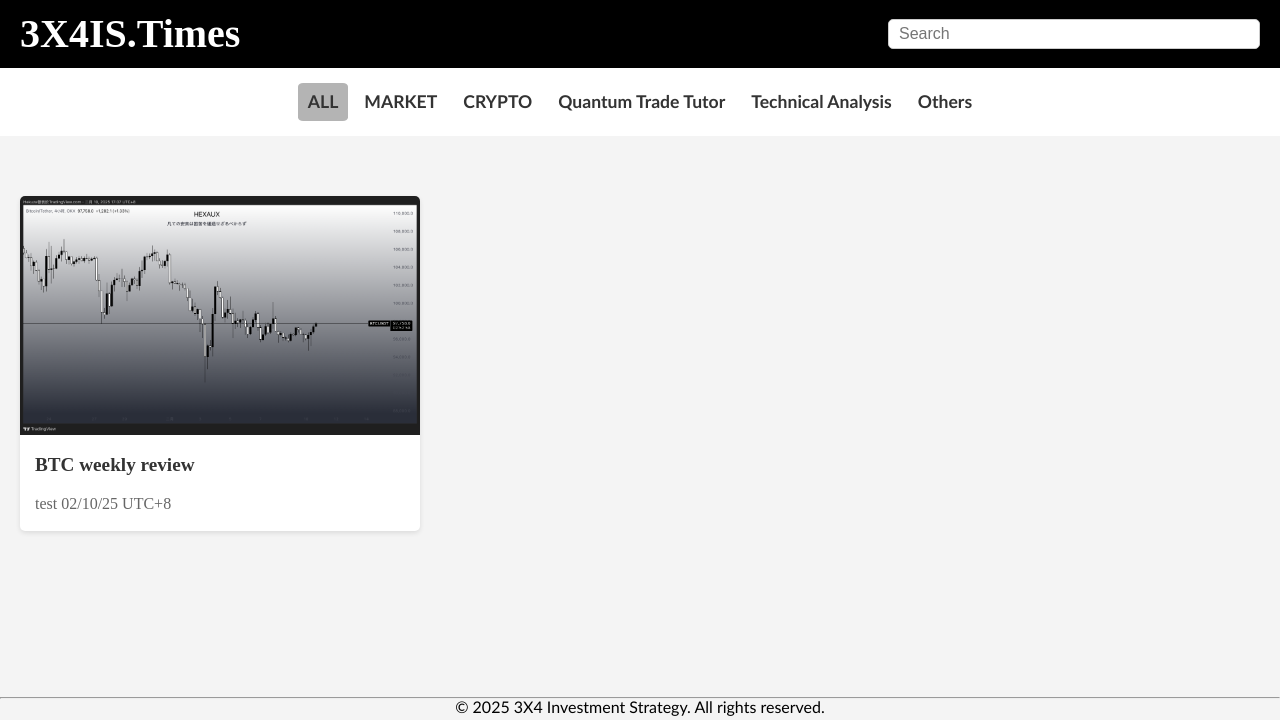
Repository: SongSongLook/songsonglook.github.io
Page: index.html
These files come from the project's save history. The page is drawn as it stood at one moment and after the next save; the edit follows.
The browser window is 1280 px wide. The pictures show the whole page.

Above is the page before, as saved 2025-02-12 23:07:34.

### index.html
<!DOCTYPE html>
<html lang="zh">
<head>
  <meta charset="UTF-8">
  <meta name="viewport" content="width=device-width, initial-scale=1.0">
  <title>Homepage</title>
  <link rel="stylesheet" href="css/style.css">
  <link rel="stylesheet" href="css/news.css">
</head>
<body>
  <header>
    <!-- First column：logo and search container -->
    <div class="header-top">
      <a href="index.html" class="logo">3X4IS.Times</a>
      <div class="search-container">
        <input type="text" id="search-input" placeholder="Search">
      </div>
      <div class="mobile-menu" id="mobile-menu">
        <span></span>
        <span></span>
        <span></span>
      </div>
    </div>

    <!-- Second column: nav list -->
    <nav>
      <ul class="nav-list">
        <li data-category="all" class="active">ALL</li>
        <li data-category="market">MARKET</li>
        <li data-category="crypto">CRYPTO</li>
        <li data-category="QTT">Quantum Trade Tutor</li>
        <li data-category="TA">Technical Analysis</li>
        <li data-category="etc">Others</li>
      </ul>
    </nav>
  </header>

  <div class="carousel-container">
    <div class="carousel">
      <!-- 輪播項目將由 script.js 動態生成 -->
    </div>
    <button class="carousel-prev">&lt;</button>
    <button class="carousel-next">&gt;</button>
  </div>


  <main>
    <section class="news-container" id="news-container">
      <!-- news card dynamically filled by script.js -->
    </section>
  </main>

  <hr class="custom-divider">
  <footer>
    <p>&copy; 2025 3X4 Investment Strategy. All rights reserved.</p>
  </footer>

  <script src="js/newsData.js"></script>
  <script src="js/script.js"></script>
</body>
</html>

### css/style.css
/* Reset 與基本設定 */
* {
    box-sizing: border-box;
    margin: 0;
    padding: 0;
  }

  html, body {
    height: 100%;
    margin: 0;
  }

  main {
    flex: 1;
  }

  body {
    display: flex;
    flex-direction: column;
    font-family: serif, sans-serif;
    line-height: 1.6;
    background-color: #f4f4f4;
    color: #333;
  }

  footer {
    font-family:'Gill Sans', 'Gill Sans MT', Calibri, 'Trebuchet MS', sans-serif;
    color: #000000;
    padding: 0px 0px 5px;
    font-size: 1.0rem;
    text-align: center;
    line-height: 1.0rem;
  }
/*---------------------------------------------------*/
/* header-top */
.header-top {
  display: flex;
  justify-content: space-between;
  align-items: center;
  padding: 10px 20px;  /* 根據需求調整內邊距 */
  background-color: #000000; /* 若希望背景一致，可設定相同背景色 */
  line-height: 300%;
}

a.logo {
  text-decoration: none;
  font-family: 'Times New Roman', Times, serif;
  color: #ffffff;  /* 根據需求調整顏色 */
  font-size: 2.5rem;
  font-weight: bold;
}

.search-container {
  width: 30%;
  margin: 0;
}

#search-input {
  width: 100%;
  padding: 5px 10px;
  font-size: 1rem;
  border: 1px solid #ccc;
  border-radius: 5px;
}
/*---------------------------------------------------*/

/* nav  */
nav {
  background-color: #ffffff; /* 可根據設計調整 */
  padding: 5px 20px;
  font-family:'Gill Sans', 'Gill Sans MT', Calibri, 'Trebuchet MS', sans-serif
}

/* 導覽列樣式 */
.nav-list {
  list-style: none;
  display: flex;
  justify-content: center; /* 或依需求對齊 */
  margin: 0;
  padding: 0;
  font-weight: bold;
  font-size: 1.1rem;
}

.nav-list li {
  margin: 10px 3px;
  padding: 5px 10px;
  cursor: pointer;
  transition: background 0.2s;
}

.nav-list li:hover,
.nav-list li.active {
  background: #b4b4b4;
  border-radius: 10%;
}

/* 手機選單樣式 */
.mobile-menu {
  display: none; /* 根據響應式設計調整 */
  flex-direction: column;
  cursor: pointer;
}

.mobile-menu span {
  height: 3px;
  width: 25px;
  background: #ffffff;
  margin: 5px 0;
  transition: 0.3s;
}
/*---------------------------------------------------*/

/* 響應式調整：如在較窄視窗中，調整 header-top 與 nav-list 的顯示 */
@media (max-width: 668px) {
  .header-top {
    flex-direction: column;
    align-items: center;
  }
  .search-container {
    width: 80%;
    margin-top: 10px; /* 與 logo 分隔一點 */
  }
  #search-input {
    font-size: 0.9rem;  /* 可根據需求調整 */
  }
  .nav-list {
    display: none;
    flex-direction: column;
    background: #acacac;
    font-weight: bold;
    position: absolute;
    top: 120px;
    right: 20px;
    width: 150px;
    border-radius: 5px;
  }
  .nav-list.active {
    display: flex;
  }
  .mobile-menu {
    display: flex;
  }
}

### css/news.css
/* 新聞卡片區：3 欄排列 */
.news-container {
  display: grid;
  grid-template-columns: repeat(3, 1fr);
  gap: 20px;
  padding: 20px;
}

/* News Card 樣式 */
.news-card {
  background: #fff;
  border-radius: 5px;
  overflow: hidden;
  box-shadow: 0 2px 5px rgba(0,0,0,0.1);
  transition: transform 0.3s;
  cursor: pointer;
}

.news-card:hover {
  transform: translateY(-5px);
}

.news-card img {
  width: 100%;
  display: block;
}

.news-content {
  padding: 15px;
}

.news-content h3 {
  margin-bottom: 10px;
  font-size: 1.2rem;
}

.news-content p {
  color: #666;
}

/* Carousel 輪播區 */
.carousel-container {
  position: relative;
  overflow: hidden;
  margin: 20px auto;
  max-width: 1200px;
}

.carousel {
  display: flex;
  transition: transform 0.5s ease;
}

.carousel-item {
  min-width: 100%;
  box-sizing: border-box;
  padding: 10px;
}

.carousel-item img {
  width: 100%;
  border-radius: 5px;
}

/* 輪播箭頭 */
.carousel-prev, .carousel-next {
  position: absolute;
  top: 50%;
  transform: translateY(-50%);
  background: rgba(0,0,0,0.5);
  color: #fff;
  border: none;
  padding: 10px;
  cursor: pointer;
  z-index: 10;
}

.carousel-prev {
  left: 10px;
}

.carousel-next {
  right: 10px;
}

### js/newsData.js
//data-category:
//--market
//--crypto
//--forex
//--TA
//--etc
const newsData = [
    {
      id: 1,
      title: "BTC weekly review",
      category: "crypto",
      description: "test 02/10/25 UTC+8",
      image: "images/IMG_2458.PNG",
      fullContent: ""
    },
  ];

### js/script.js
// script.js

// 全域變數：目前分類、搜尋關鍵字及標籤過濾
let currentCategory = "all";
let searchQuery = "";
let currentTag = ""; // 當首頁以 ?tag=... 過濾文章時使用

// 取得 URL 參數的函式
function getQueryParameter(name) {
  const urlParams = new URLSearchParams(window.location.search);
  return urlParams.get(name);
}

// 根據分類、搜尋與標籤過濾並渲染新聞卡片
function renderNews(category = "all", search = "", tag = "") {
  const container = document.getElementById("news-container");
  container.innerHTML = "";

  let filteredNews = newsData;
  if (tag.trim() !== "") {
    filteredNews = filteredNews.filter(news => news.tags && news.tags.includes(tag));
  } else if (category !== "all") {
    filteredNews = filteredNews.filter(news => news.category === category);
  }

  if (search.trim() !== "") {
    filteredNews = filteredNews.filter(news =>
      news.title.toLowerCase().includes(search.toLowerCase()) ||
      news.description.toLowerCase().includes(search.toLowerCase())
    );
  }

  filteredNews.forEach(news => {
    const card = document.createElement("div");
    card.className = "news-card";
    card.innerHTML = `
      <img src="${news.image}" alt="${news.title}">
      <div class="news-content">
        <h3>${news.title}</h3>
        <p>${news.description}</p>
      </div>
    `;
    card.addEventListener("click", () => {
      window.location.href = "article.html?id=" + news.id;
    });
    container.appendChild(card);
  });
}

// 輪播功能：根據 "featured" 標籤選出文章
let currentSlide = 0;
function renderCarousel() {
  const carousel = document.querySelector(".carousel");
  const featuredNews = newsData.filter(news => news.tags && news.tags.includes("featured"));
  carousel.innerHTML = "";
  featuredNews.forEach(news => {
    const item = document.createElement("div");
    item.className = "carousel-item";
    item.innerHTML = `
      <img src="${news.image}" alt="${news.title}">
      <h3>${news.title}</h3>
    `;
    item.addEventListener("click", () => {
      window.location.href = "article.html?id=" + news.id;
      // 或依需求導向特定標籤頁面：location.href = "index.html?tag=" + encodeURIComponent("featured");
    });
    carousel.appendChild(item);
  });
}

function showSlide(index) {
  const carousel = document.querySelector(".carousel");
  const totalSlides = carousel.children.length;
  if (index >= totalSlides) {
    currentSlide = 0;
  } else if (index < 0) {
    currentSlide = totalSlides - 1;
  } else {
    currentSlide = index;
  }
  carousel.style.transform = `translateX(-${currentSlide * 100}%)`;
}

document.addEventListener("DOMContentLoaded", () => {
  // 讀取 URL 中的 tag 參數（若有，則以標籤過濾文章）
  const tagParam = getQueryParameter("tag");
  if (tagParam) {
    currentTag = tagParam;
  }

  renderNews(currentCategory, searchQuery, currentTag);
  renderCarousel();

  document.querySelectorAll(".nav-list li").forEach(li => {
    li.addEventListener("click", function() {
      document.querySelectorAll(".nav-list li").forEach(el => el.classList.remove("active"));
      this.classList.add("active");
      currentCategory = this.getAttribute("data-category");
      currentTag = ""; // 切換分類時取消標籤過濾
      renderNews(currentCategory, searchQuery, currentTag);
      const navList = document.querySelector(".nav-list");
      if (navList.classList.contains("active")) {
        navList.classList.remove("active");
      }
    });
  });

  const searchInput = document.getElementById("search-input");
  searchInput.addEventListener("input", () => {
    searchQuery = searchInput.value;
    renderNews(currentCategory, searchQuery, currentTag);
  });

  document.querySelector(".carousel-prev").addEventListener("click", () => {
    showSlide(currentSlide - 1);
  });
  document.querySelector(".carousel-next").addEventListener("click", () => {
    showSlide(currentSlide + 1);
  });

  const mobileMenu = document.getElementById("mobile-menu");
  mobileMenu.addEventListener("click", () => {
    document.querySelector(".nav-list").classList.toggle("active");
  });
  // 自動輪播設定：每3秒自動切換下一張
  setInterval(() => {
    showSlide(currentSlide + 1);
  }, 3000);  // 3000 毫秒 = 3 秒

});

After the next save:
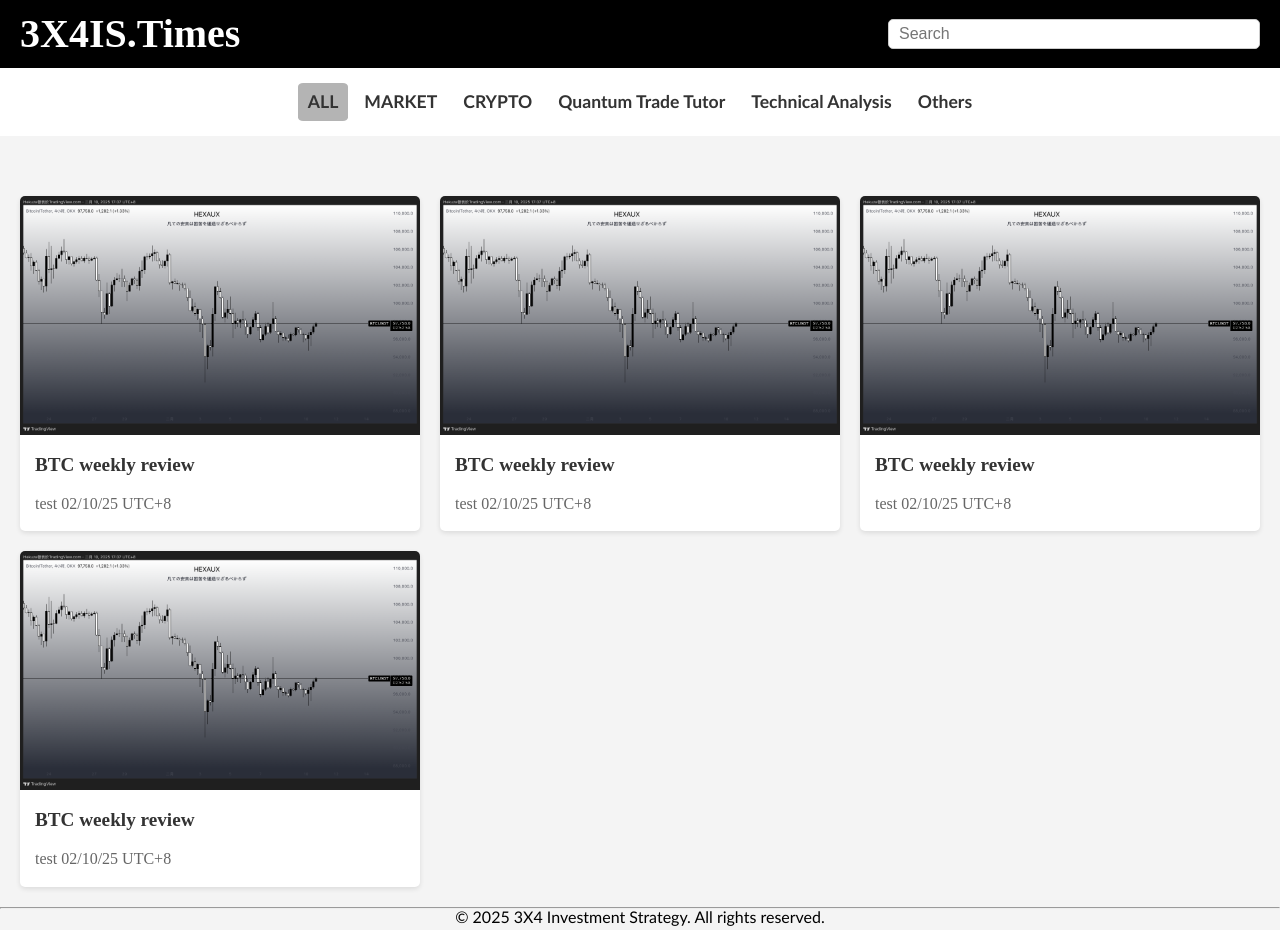
Saved 1 s later.
--- a/js/newsData.js
+++ b/js/newsData.js
@@ -11,6 +11,54 @@ const newsData = [
       category: "crypto",
       description: "test 02/10/25 UTC+8",
       image: "images/IMG_2458.PNG",
-      fullContent: ""
+      fullContent:  `
+      <p>完整的政治新聞內容：詳細描述政治事件、背景與可能的影響，讓讀者獲得更深入的了解。</p>
+      <p>在這裡你可以插入圖片：</p>
+      <img src="https://via.placeholder.com/600x400?text=內文圖片" alt="內文圖片">
+      <p>圖片說明：這是一張示意圖。也可以使用 <strong>加粗文字</strong> 來強調重點。</p>
+    `,
+    tags: ["政治", "featured"]
     },
+    {
+      id: 2,
+      title: "BTC weekly review",
+      category: "crypto",
+      description: "test 02/10/25 UTC+8",
+      image: "images/IMG_2458.PNG",
+      fullContent:  `
+      <p>完整的政治新聞內容：詳細描述政治事件、背景與可能的影響，讓讀者獲得更深入的了解。</p>
+      <p>在這裡你可以插入圖片：</p>
+      <img src="https://via.placeholder.com/600x400?text=內文圖片" alt="內文圖片">
+      <p>圖片說明：這是一張示意圖。也可以使用 <strong>加粗文字</strong> 來強調重點。</p>
+    `,
+    tags: ["政治", "featured"]
+    },
+    {
+      id: 3,
+      title: "BTC weekly review",
+      category: "crypto",
+      description: "test 02/10/25 UTC+8",
+      image: "images/IMG_2458.PNG",
+      fullContent:  `
+      <p>完整的政治新聞內容：詳細描述政治事件、背景與可能的影響，讓讀者獲得更深入的了解。</p>
+      <p>在這裡你可以插入圖片：</p>
+      <img src="https://via.placeholder.com/600x400?text=內文圖片" alt="內文圖片">
+      <p>圖片說明：這是一張示意圖。也可以使用 <strong>加粗文字</strong> 來強調重點。</p>
+    `,
+    tags: ["政治", "featured"]
+    },
+    {
+      id: 4,
+      title: "BTC weekly review",
+      category: "crypto",
+      description: "test 02/10/25 UTC+8",
+      image: "images/IMG_2458.PNG",
+      fullContent:  `
+      <p>完整的政治新聞內容：詳細描述政治事件、背景與可能的影響，讓讀者獲得更深入的了解。</p>
+      <p>在這裡你可以插入圖片：</p>
+      <img src="https://via.placeholder.com/600x400?text=內文圖片" alt="內文圖片">
+      <p>圖片說明：這是一張示意圖。也可以使用 <strong>加粗文字</strong> 來強調重點。</p>
+    `,
+    tags: ["政治", "featured"]
+    }
   ];
